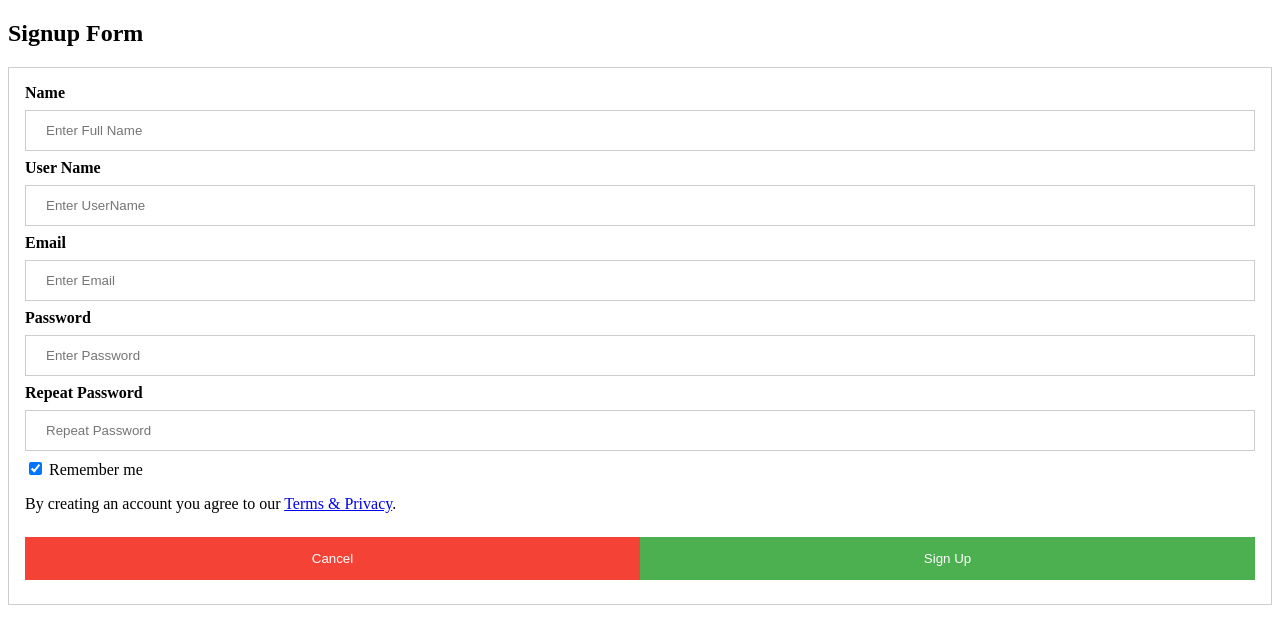
Repository: paragpatidar/LibraryManagementSystem
Page: http://localhost/LibraryManagementSystemSpring/WEB-INF/ui/SignUp.jsp
An editor plug-in stored every save of this project. The page is shown before and after the next save, followed by the edit.
The browser window is 1280 px wide. The pictures show the whole page.
The page is served by Tomcat 9. Nobody is signed in. The template is opened directly, without the code that normally fills it, so the values that code supplies are empty.

Above is the page before, as saved 2017-11-08 04:10:50.

After the next save:
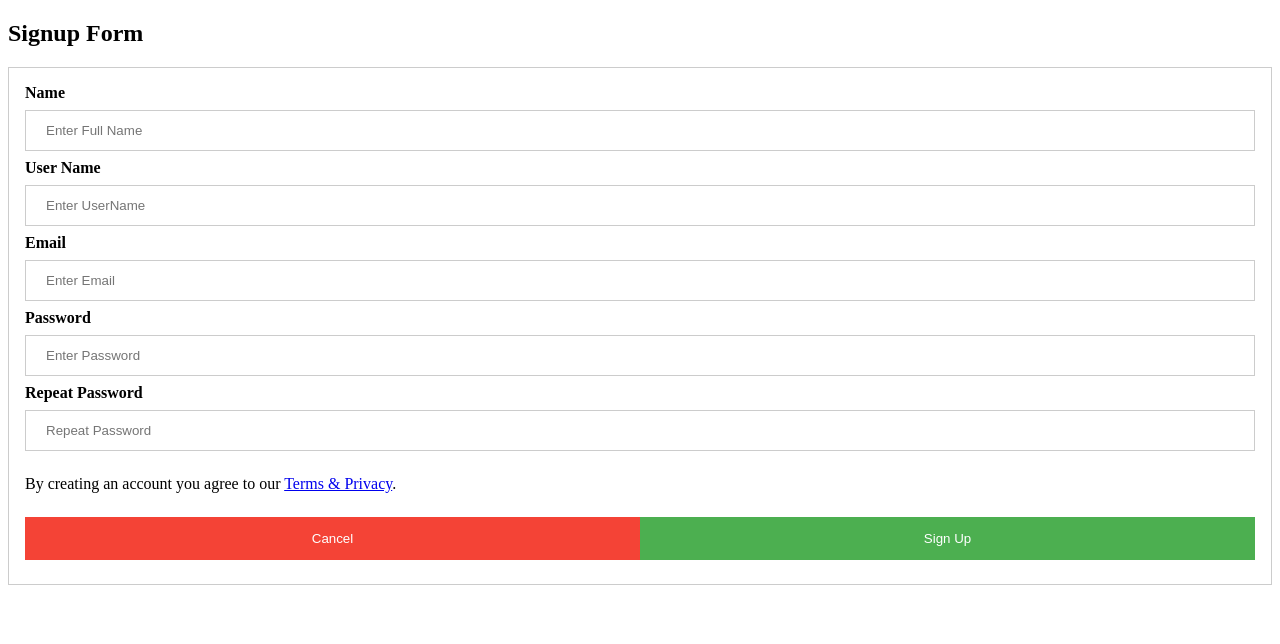
Saved 44 s later.
--- a/LibraryManagementSystemSpring/WebContent/WEB-INF/ui/SignUp.jsp
+++ b/LibraryManagementSystemSpring/WebContent/WEB-INF/ui/SignUp.jsp
@@ -78,7 +78,6 @@ button {
 
     <label><b>Repeat Password</b></label>
     <input type="password" placeholder="Repeat Password" name="psw-repeat" required>
-    <input type="checkbox" checked="checked"> Remember me
     <p>By creating an account you agree to our <a href="#">Terms & Privacy</a>.</p>
     <div class="clearfix">
       <button type="button" class="cancelbtn">Cancel</button>
